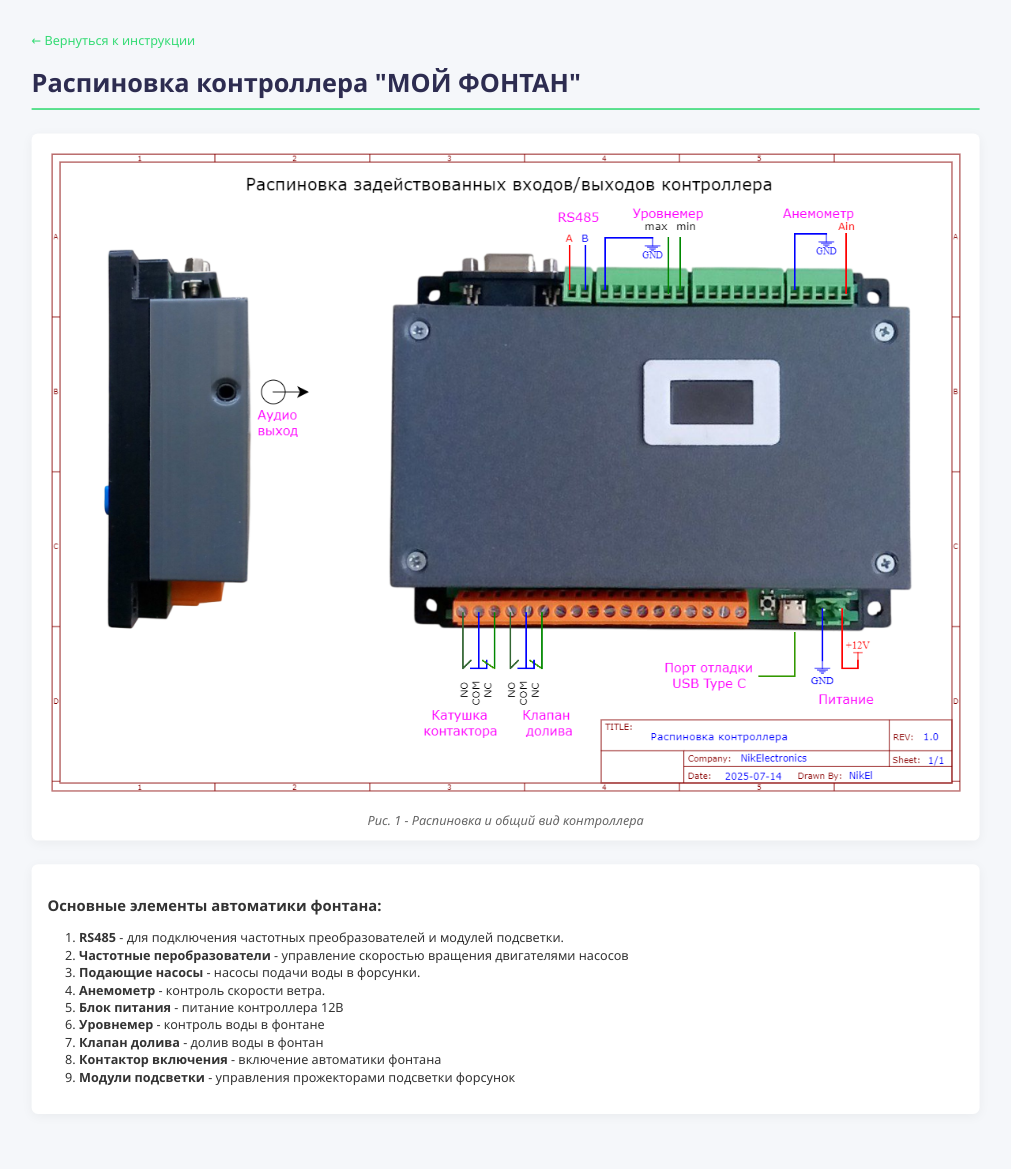
Repository: NikElectronics/fountain_manual
Page: pinout.html
An editor plug-in stored every save of this project. The page is shown before and after the next save, followed by the edit.
The browser window is 1280 px wide. The pictures show the whole page, at 79% of full size.

Above is the page before, as saved 2025-07-14 10:13:51.

### pinout.html
<!DOCTYPE html>
<html lang="ru">

<head>
    <meta charset="UTF-8">
    <meta name="viewport" content="width=device-width, initial-scale=1.0">
    <title>Pinout</title>
    <style>
        :root {
            --primary-color: #2d2c50;
            --secondary-color: #34db74;
            --light-gray: #f5f7fa;
            --white: #ffffff;
        }

        body {
            font-family: 'Segoe UI', Tahoma, Geneva, Verdana, sans-serif;
            margin: 0;
            padding: 0;
            background-color: var(--light-gray);
            color: #333;
        }

        .container {
            max-width: 1200px;
            margin: 0 auto;
            padding: 40px;
        }

        h1 {
            color: var(--primary-color);
            border-bottom: 2px solid var(--secondary-color);
            padding-bottom: 12px;
            margin-top: 0;
        }

        .back-link {
            display: inline-block;
            margin-bottom: 20px;
            color: var(--secondary-color);
            text-decoration: none;
            font-weight: 500;
        }

        .back-link:hover {
            text-decoration: underline;
        }

        .screenshot-container {
            text-align: center;
            margin: 30px 0;
            padding: 15px;
            background: var(--white);
            border-radius: 8px;
            box-shadow: 0 3px 15px rgba(0, 0, 0, 0.05);
        }

        .screenshot {
            max-width: 100%;
            height: auto;
            border-radius: 6px;
        }

        .caption {
            font-style: italic;
            color: #666;
            margin-top: 10px;
        }

        .description {
            background: var(--white);
            padding: 20px;
            border-radius: 8px;
            margin: 30px 0;
            box-shadow: 0 3px 15px rgba(0, 0, 0, 0.05);
        }
    </style>
</head>

<body>
    <div class="container">
        <a href="index.html" class="back-link">← Вернуться к инструкции</a>

        <h1>Распиновка контроллера "МОЙ ФОНТАН"</h1>

        <div class="screenshot-container">
            <img src="screenshots/pinout.png" alt="Изображение контроллера" class="screenshot">
            <div class="caption">Рис. 1 - Распиновка и общий вид контроллера</div>
        </div>

        <div class="description">
            <h3>Основные элементы автоматики фонтана:</h3>
            <ol>
                <li><strong>RS485</strong> - для подключения частотных преобразователей и модулей подсветки.</li>
                <li><strong>Частотные перобразователи</strong> - управление скоростью вращения двигателями насосов</li>
                <li><strong>Подающие насосы</strong> - насосы подачи воды в форсунки.</li>
                <li><strong>Анемометр</strong> - контроль скорости ветра.</li>
                <li><strong>Блок питания</strong> - питание контроллера 12В</li>
                <li><strong>Уровнемер</strong> - контроль воды в фонтане</li>
                <li><strong>Клапан долива</strong> - долив воды в фонтан</li>
                <li><strong>Контактор включения</strong> - включение автоматики фонтана</li>
                <li><strong>Модули подсветки</strong> - управления прожекторами подсветки форсунок</li>
            </ol>
        </div>
    </div>
</body>

</html>

After the next save:
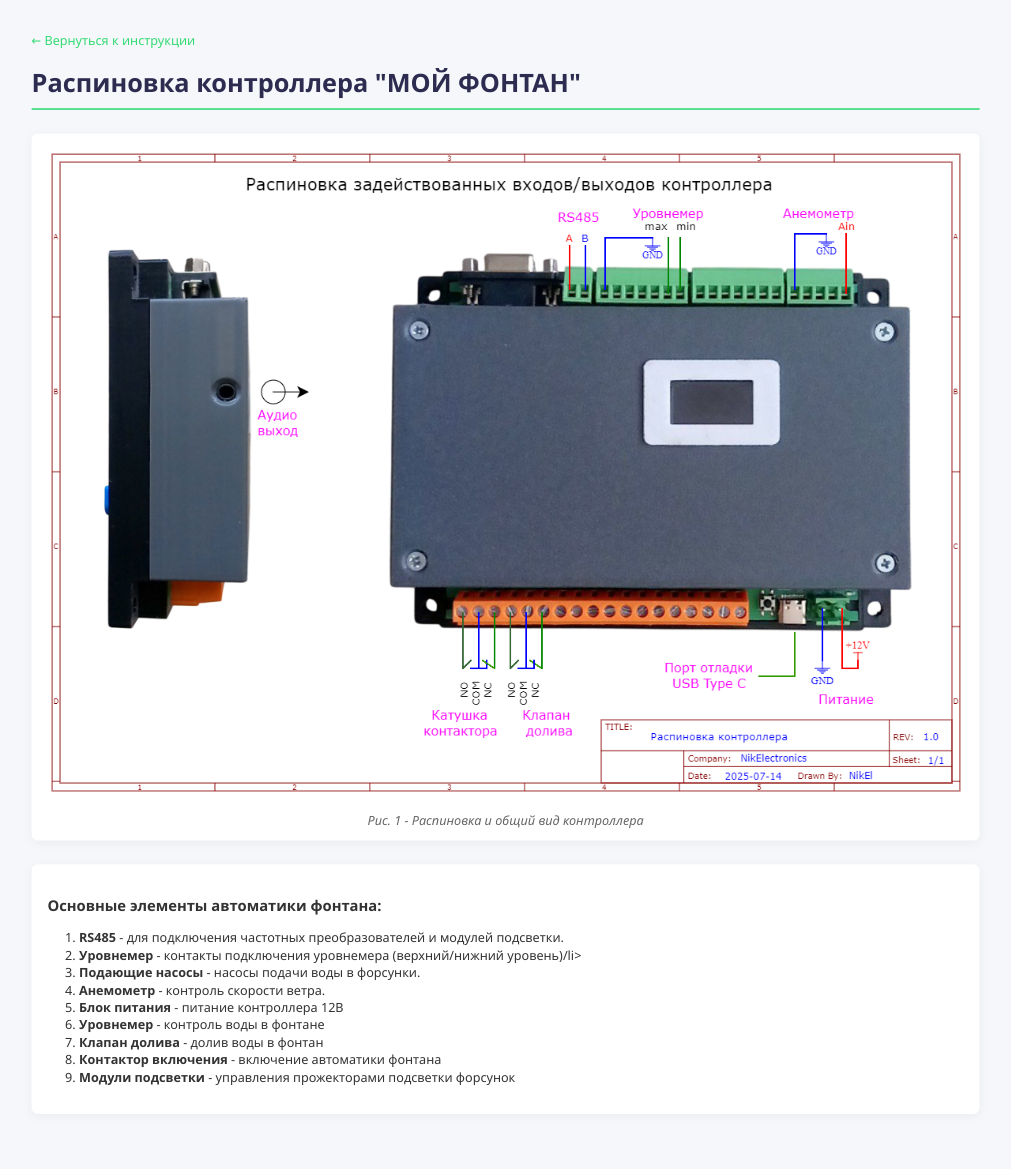
Saved 73 s later.
--- a/pinout.html
+++ b/pinout.html
@@ -92,7 +92,7 @@
             <h3>Основные элементы автоматики фонтана:</h3>
             <ol>
                 <li><strong>RS485</strong> - для подключения частотных преобразователей и модулей подсветки.</li>
-                <li><strong>Частотные перобразователи</strong> - управление скоростью вращения двигателями насосов</li>
+                <li><strong>Уровнемер</strong> - контакты подключения уровнемера (верхний/нижний уровень)/li>
                 <li><strong>Подающие насосы</strong> - насосы подачи воды в форсунки.</li>
                 <li><strong>Анемометр</strong> - контроль скорости ветра.</li>
                 <li><strong>Блок питания</strong> - питание контроллера 12В</li>
